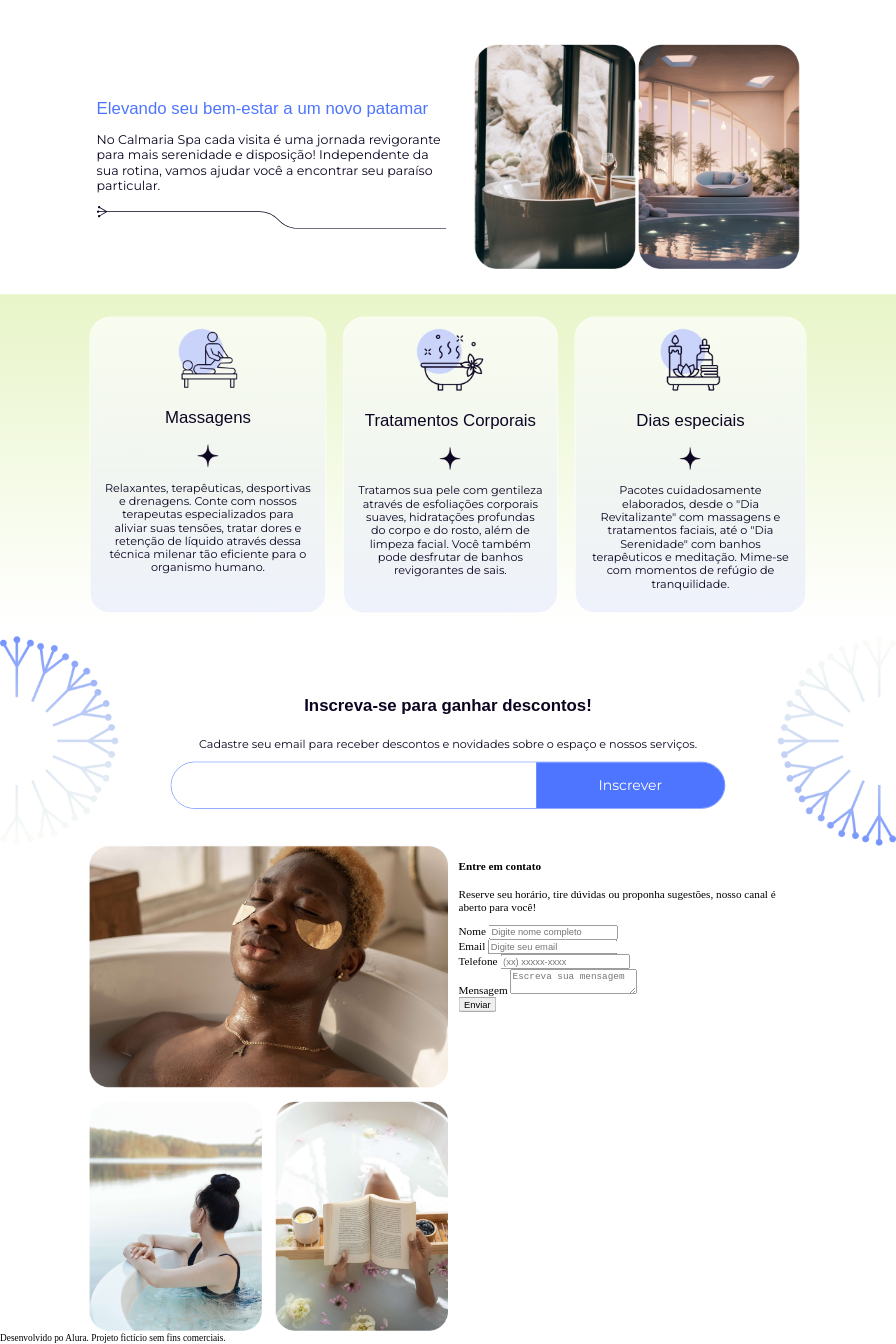
Repository: joaoPraiaJunior/curso-sass
Page: index.html
The author's editor kept a copy of each file at every save. The page is drawn from the files as they stood at one save, then again after the next save.
The browser window is 1280 px wide. The pictures show the part of the page from y = 1175 to 3095 px (the page is 3095 px tall), at 70% of full size.
Some web fonts or font styles are not loaded; a fallback is used. The style sheet was rebuilt from its Sass, Less or Tailwind sources for each picture, by a compiler version that may differ from the author's.

Above is the page before, as saved 2024-07-06 19:15:18.

### index.html
<!DOCTYPE html>
<html lang="pt-BR">

<head>
    <meta charset="UTF-8">
    <meta name="viewport" content="width=device-width, initial-scale=1.0">
    <link rel="stylesheet" href="/styles/styles.css">
    <link rel="preconnect" href="https://fonts.googleapis.com">
    <link rel="preconnect" href="https://fonts.gstatic.com" crossorigin>
    <link href="https://fonts.googleapis.com/css2?family=Krona+One&family=Montserrat:wght@400;600;700&display=swap" rel="stylesheet">
    <title>Calmaria</title>
</head>

<body>
    <header>
        <img src="./assets/logo.png" alt="logo">
        <nav>
            <ul>
                <li><a href="#nosso-espaco">Nosso espaço</a></li>
                <li><a href="#servico">Servicos</a></li>
                <li><a href="#contatos">Contato</a></li>
            </ul>
        </nav>
    </header>
    <main>
        <section id="home">
            <div class="home-conteudo">
                <div class="textos-home">
                    <h1>Boas-vindas ao seu refúgio de <span> paz e bem-estar</span></h1>
                    <button class="btn-main">Quero relaxar!</button>
                </div>
                <div class="img-home">
                    <img src="/assets/home-image.png" alt="Mulher de bruços recebendo massagem nas costas">
                </div>
            </div>
        </section>
        <section id="nosso-espaco">
            <div class="detalhes">
                <div class="imgs-espaco">
                    <img class="img-espaco" src="/assets/espaco-1.png" alt="Espaço iluminado pelo sol com design futurista composto por piscina e plantas">
                </div>
                <div class="espaco-textos">
                    <h2 class="titulo">Tecnologia e natureza potencializando seu relaxamento</h2>
                    <p class="infos">Oferecemos equipamentos de ponta, produtos certificados e uma equipe de
                        profissionais ultra qualificados para dissipar seu estresse e ajudar você na busca por
                        equilíbrio e tranquilidade.</p>
                    <img class="separador" src="./assets/separador-direita.svg" alt="separador de seções">
                </div>
            </div>
            <div class="detalhes">
                <div class="imgs-espaco">
                    <img class="img-espaco" src="/assets/espaco-2.png" alt="Mulher sentada numa banheira com uma taça na mão">
                    <img class="img-espaco" src="/assets/espaco-3.png" alt="Espaço com uma piscina e um sofá ao fundo">
                </div>
                <div class="espaco-textos">
                    <h2 class="titulo">Elevando seu bem-estar a um novo patamar</h2>
                    <p class="infos">No Calmaria Spa cada visita é uma jornada revigorante para mais serenidade e
                        disposição! Independente da sua rotina, vamos ajudar você a encontrar seu paraíso
                        particular.</p>
                    <img class="separador" src="./assets/separador-esquerda.svg" alt="separador de seções">
                </div>
            </div>
        </section>
        <section id="servico">

            <div class="cards">
                <div class="card">
                    <img src="/assets/icon-massagem.png" alt="Icone de massagem">
                    <h3 class="card-titulo">Massagens</h3>
                    <img src="./assets/Soft-Star.png" alt="soft star">
                    <p class="card-texto">Relaxantes, terapêuticas, desportivas e drenagens. Conte com nossos
                        terapeutas especializados para aliviar suas tensões, tratar dores e retenção de líquido
                        através
                        dessa técnica milenar tão eficiente para o organismo humano.</p>
                </div>
                <div class="card">
                    <img src="/assets/icon-tratamentos.png" alt="Icone de tratamento com figura de uma banheira">
                    <h3 class="card-titulo">Tratamentos Corporais</h3>
                    <img src="./assets/Soft-Star.png" alt="soft star">
                    <p class="card-texto">Tratamos sua pele com gentileza através de esfoliações corporais suaves,
                        hidratações profundas do corpo e do rosto, além de limpeza facial. Você também pode
                        desfrutar de
                        banhos revigorantes de sais.</p>
                </div>
                <div class="card">
                    <img src="/assets/icon-dias-especiais.png" alt="Icone de Dias especiais com figura de produtos">
                    <h3 class="card-titulo">Dias especiais</h3>
                    <img src="./assets/Soft-Star.png" alt="soft star">
                    <p class="card-texto">Pacotes cuidadosamente elaborados, desde o "Dia Revitalizante" com
                        massagens e tratamentos faciais, até o "Dia Serenidade" com banhos terapêuticos e meditação.
                        Mime-se com momentos de refúgio de tranquilidade.</p>
                </div>
            </div>

        </section>
        <section id="desconto">
            <img src="/assets/mandala-esquerda.png" alt="Mandala lado esquerdo">
            <div class="desconto-form">
                <h4>Inscreva-se para ganhar descontos!</h4>
                <p>Cadastre seu email para receber descontos e novidades sobre o espaço e nossos serviços.</p>
                <div class="input-btn">
                    <input type="email">
                    <button type="submit">Inscrever</button>
                </div>
            </div>
            <img src="/assets/mandala-direita.png" alt="Mandala lado direito">
        </section>
        <section id="contatos">
            <div class="contatos-imgs">
                <img src="/assets/contato-img-1.png" alt="Homem deitado em banheira">
                <img src="/assets/contato-img-2.png" alt="Mulher olhando para o horizonte dentro de uma banheira">
                <img src="/assets/contato-img-3.png" alt="Visão superior de um livro nas mãos de uma pessoa dentro de uma banheira">
            </div>
            <div class="contatos-form">
                <h4 class="titulo">Entre em contato</h4>
                <p class="infos">Reserve seu horário, tire dúvidas ou proponha sugestões, nosso canal é aberto para
                    você!</p>
                <form class="inputs">
                    <div class="form-group">
                        <label for="nomeContato">Nome</label>
                        <input type="text" id="nomeContato" placeholder="Digite nome completo">
                    </div>
                    <div class="form-group">
                        <label for="emailContato">Email</label>
                        <input type="email" id="emailContato" placeholder="Digite seu email">
                    </div>
                    <div class="form-group">
                        <label for="telefoneContato">Telefone</label>
                        <input type="text" id="telefoneContato" placeholder="(xx) xxxxx-xxxx">
                    </div>
                    <div class="form-group">
                        <label for="mensagemContato">Mensagem</label>
                        <textarea id="mensagemContato" placeholder="Escreva sua mensagem"></textarea>
                    </div>
                    <button class="btn">Enviar</button>
                </form>
            </div>
        </section>
    </main>
    <footer>
        <small>Desenvolvido po Alura. Projeto fictício sem fins comerciais.</small>
    </footer>
</body>

</html>

### styles/styles.scss
@use './abstract/root';

@use './components/header';
@use './components/home';
@use './components/nosso-espaco';
@use './components/servicos';
@use './components/desconto';
@use './components/contato';

### styles/abstract/_root.scss
html {
  font-size: 62.5%;
}

body {
  font-size: 1.6rem;
  margin: 0;
  padding: 0;
  box-sizing: border-box;
}

### styles/components/_header.scss
@use "../abstract/variaveis";
@use "../abstract/mixins";

header {
  display: flex;
  flex-direction: column;
  align-items: center;
  gap: 1.6rem;
  background-color: variaveis.$cor-quaternaria;
  padding: 3.2rem;

  nav {
    border-top: 1px solid variaveis.$cor-primaria;
    width: 80%;

    ul {
      display: flex;
      justify-content: center;
      gap: 4.8rem;
      padding: 0;
      li {
        list-style-type: none;
        a {
            @include mixins.estilos-fontes(variaveis.$ft-textos, 2.2rem, variaveis.$cor-primaria);
          font-weight: 500;
          text-decoration: none;
          transition: all .1s ease-in-out;
          &:hover {
            font-weight: bolder;
          }
        }
      }
    }
  }
}

### styles/abstract/_variaveis.scss
//Variáveis
//Cores
$cor-primaria: #0C0421;
$cor-secundaria: #4e75ff;
$cor-terciaria: #85a0ff;
$cor-quaternaria: #E8F5C8;
$cor-default: #CAD4FA;
$gradiente-primario: linear-gradient(180deg, #E8F5C8 0%, #FFFFFF 96.87%);
$gradiente-secundario: linear-gradient(180deg, rgba(255, 255, 255, 0.7) 0%, rgba(202, 212, 250, 0.3) 100%);
//Fontes
$ft-textos: 'Montserrat', sans-serif;
$ft-titulos: 'Krona One', sans-serif;

### styles/abstract/_mixins.scss
@mixin margem-centralizada($width) {
    width: $width;
    margin: 0 auto;
}

@mixin estilos-fontes($font-family, $font-size, $font-color) {
    font-family: $font-family;
    font-size: $font-size;
    color: $font-color;
}

### styles/components/_home.scss
@use "../abstract/variaveis";
@use "../abstract/mixins";

#home {
  background: variaveis.$gradiente-primario;

  .home-conteudo {
    display: flex;
    align-items: center;
    @include mixins.margem-centralizada(80%);
    max-width: 1040px;
    .textos-home {
      max-width: 464px;
      h1 {
        font-family: variaveis.$ft-titulos;
        font-size: 4.2rem;
        color: variaveis.$cor-primaria;
        margin-bottom: 3.2rem;
        span {
          color: variaveis.$cor-secundaria;
        }
      }

      .btn-main {
        font-family: variaveis.$ft-textos;
        font-size: 2.2rem;
        font-weight: 600;
        color: variaveis.$cor-quaternaria;
        background-color: variaveis.$cor-secundaria;
        width: 28rem;
        border: none;
        padding: 2.4rem;
        border-radius: 40px;
        cursor: pointer;
        transition: all .3s ease-in-out;

        &:hover {
          color: variaveis.$cor-primaria;
          background-color: variaveis.$cor-default;
        }
      }
    }

    .img-home {
      max-width: 474px;
      img {
        width: 100%;
      }
    }
  }
}

### styles/components/_nosso-espaco.scss
@use "../abstract/variaveis";
@use "../abstract/mixins";

#nosso-espaco {
    @include mixins.margem-centralizada(80%);
    .detalhes {
        display: inline-flex;
        align-items: center;
        justify-content: space-around;
        gap: 2rem;
        width: 100%;
        padding: 3.2rem 0;
        .imgs-espaco {
            max-width: 500px;
        }

        .espaco-textos {
            @extend .imgs-espaco;
            .titulo {
                @include mixins.estilos-fontes(variaveis.$ft-titulos, 2.4rem, variaveis.$cor-secundaria);
                font-weight: 500;
            }

            .infos {
                @include mixins.estilos-fontes(variaveis.$ft-textos, 1.8rem, variaveis.$cor-primaria);
            }
            .separador {
                width: 100%;
            }
        }
        &:nth-child(2) {
            flex-direction: row-reverse;
        }
    }
}

### styles/components/_servicos.scss
@use "../abstract/variaveis";
@use "../abstract/mixins";

#servico {
    background: variaveis.$gradiente-primario;

    .cards {
        display: flex;
        gap: 2.4rem;
        @include mixins.margem-centralizada(80%);
        padding: 3.2rem 0;

        .card {
            background: variaveis.$gradiente-secundario;
            text-align: center;
            border: 1px solid #fff;
            padding: 1.6rem 2rem;
            border-radius: 3rem;

            &-titulo {
                @include mixins.estilos-fontes(variaveis.$ft-titulos, 2.4rem, variaveis.$cor-primaria);
                font-weight: 500;
            }
            &-texto {
                @include mixins.estilos-fontes(variaveis.$ft-textos, 1.6rem, variaveis.$cor-primaria);
            }
        }
    }
}

### styles/components/_desconto.scss
@use "../abstract/variaveis";
@use "../abstract/mixins";

#desconto {
  display: flex;
  align-items: center;
  justify-content: space-between;
  text-align: center;

  h4 {
    @include mixins.estilos-fontes(
      variaveis.$ft-titulos,
      2.4rem,
      variaveis.$cor-primaria
    );
  }
  p {
    @include mixins.estilos-fontes(
      variaveis.$ft-textos,
      1.6rem,
      variaveis.$cor-primaria
    );
  }

  .input-btn {
    display: inline-flex;
    $largura-input: 790px;
    width: $largura-input;
    height: 65px;
    margin: 0 auto;
    border: 1px solid variaveis.$cor-secundaria;
    border-radius: 65px;

    input {
        @include mixins.estilos-fontes(variaveis.$ft-textos, 1.6rem, variaveis.$cor-primaria);
        width: calc($largura-input  * 0.65);
        border: none;
        padding-left: 2rem;
        border-radius: 65px 0 0 65px;
        outline: none;
    }
    button {
        background-color: variaveis.$cor-secundaria;
        @include mixins.estilos-fontes(variaveis.$ft-textos, 2rem, #fff);
        width: calc($largura-input  * 0.35);
        border: none;
        border-radius: 0 65px 65px 0;
        cursor: pointer;
    }
  }
}

### styles/components/_contato.scss
@use "../abstract/variaveis";
@use "../abstract/mixins";

#contatos {
  display: flex;
  justify-content: space-between;
  gap: 1.5rem;
  @include mixins.margem-centralizada(80%);

  .contatos-imgs {
    display: flex;
    justify-content: space-around;
    flex-direction: row;
    flex-wrap: wrap;
    gap: 2rem;
    max-width: 50%;
    img {
      width: 100%;

      &:nth-child(n + 2) {
        width: 48%;
      }
    }

    .contatos-form {
      background: variaveis.$gradiente-primario;
      max-width: 50%;
      padding: 2rem 3rem;
      border-radius: 2rem;
    }
  }
}

After the next save:
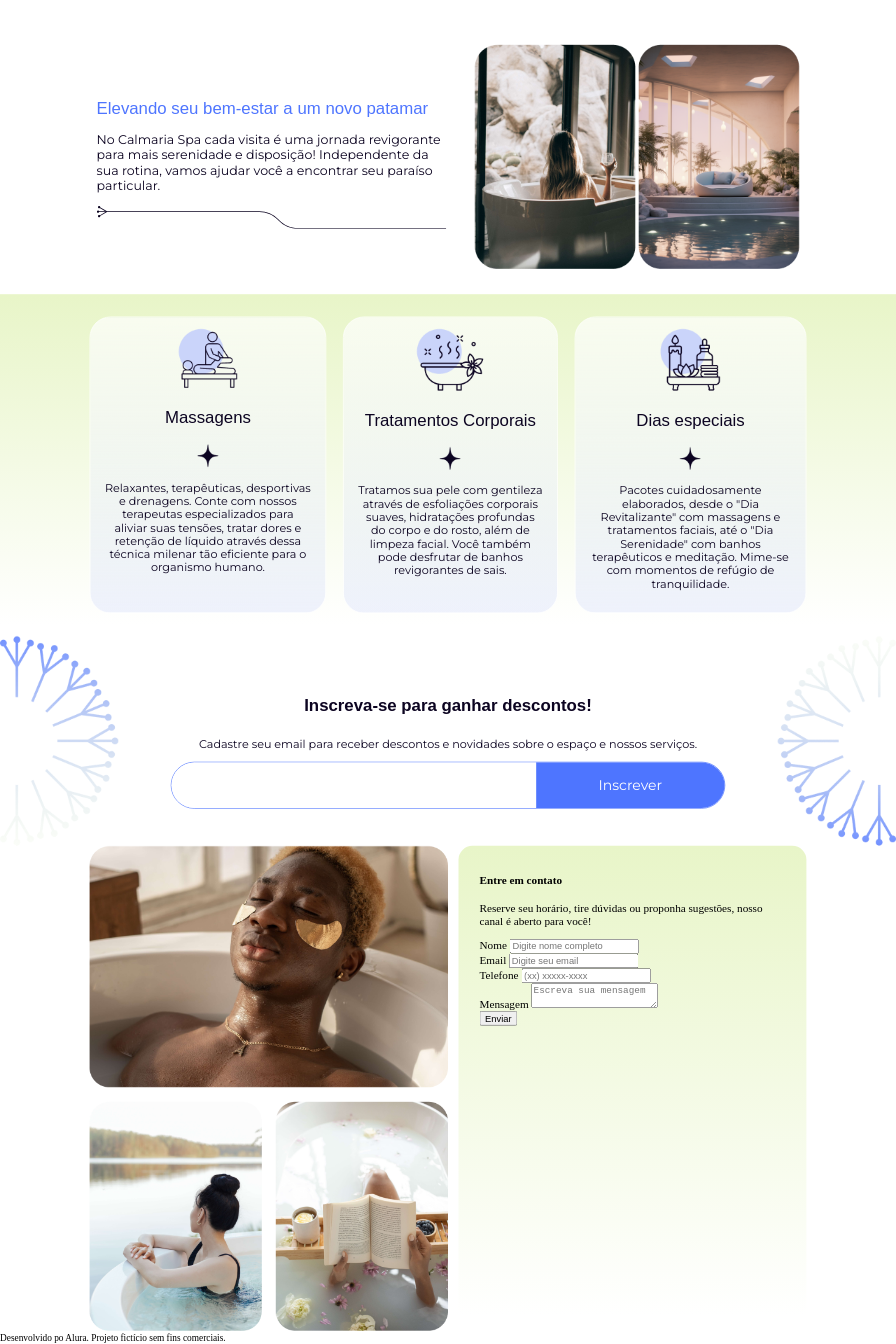
Saved 57 s later.
--- a/styles/components/_contato.scss
+++ b/styles/components/_contato.scss
@@ -21,12 +21,11 @@
         width: 48%;
       }
     }
-
-    .contatos-form {
-      background: variaveis.$gradiente-primario;
-      max-width: 50%;
-      padding: 2rem 3rem;
-      border-radius: 2rem;
-    }
+  }
+  .contatos-form {
+    background: variaveis.$gradiente-primario;
+    max-width: 50%;
+    padding: 2rem 3rem;
+    border-radius: 2rem;
   }
 }
